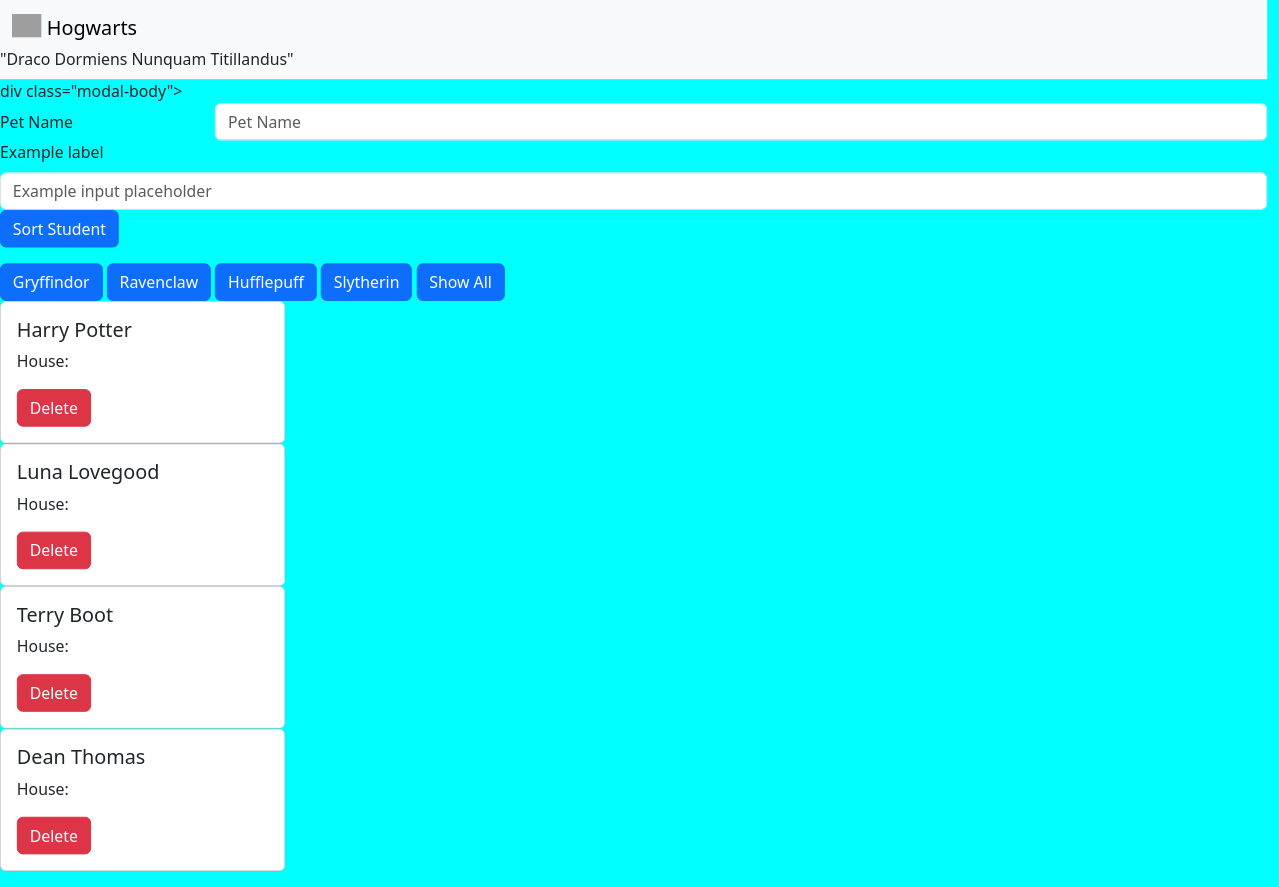
Repository: Drumstrum88/sorting-hat
Page: index.html
The author's editor kept a copy of each file at every save. The page is drawn from the files as they stood at one save, then again after the next save.
The browser window is 1280 px wide. The page is 1292 px wide, so the pictures cover 1292 px, including what lies to the right of the window. The pictures show the whole page, at 99% of full size.
Pictures or frames that could not be fetched are drawn as grey boxes.

Above is the page before, as saved 2023-04-29 12:36:58.
Console error: ReferenceError: grifBtn is not defined

After the next save:
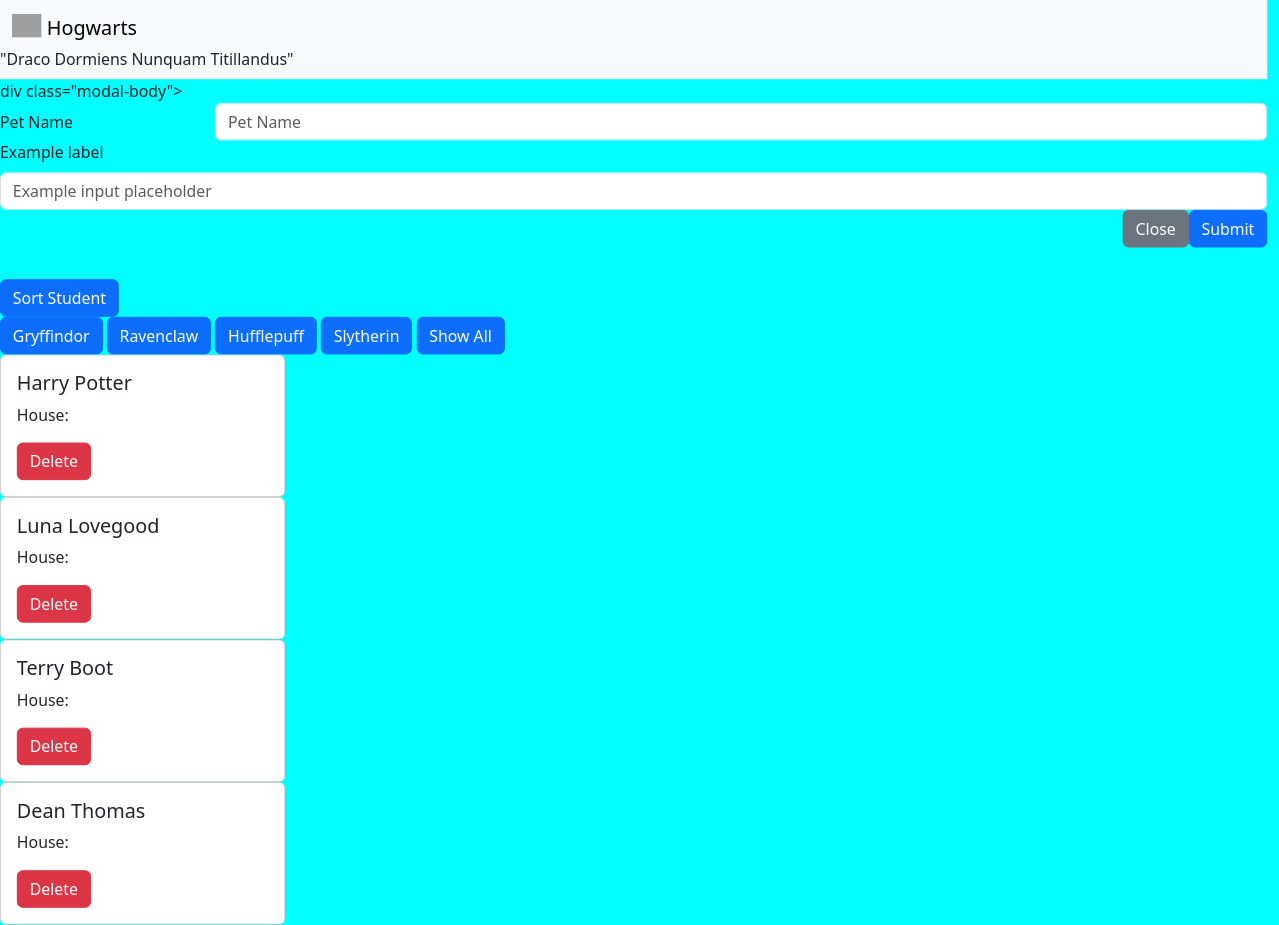
Saved 5 s later.
--- a/index.html
+++ b/index.html
@@ -32,7 +32,13 @@
    <div class="mb-3">
     <label for="formGroupExampleInput" class="form-label">Example label</label>
     <input type="text" class="form-control" id="formGroupExampleInput" placeholder="Example input placeholder">
-
+    <div class="modal-footer">
+      <button type="button" class="btn btn-secondary" data-bs-dismiss="modal">Close</button>
+      <button type="submit" class="btn btn-primary" id="submit">Submit</button>
+    </div>
+    </div>
+    </div>
+    </div>
     <button type="button" class="btn btn-primary">Sort Student</button>
   </div>
 
